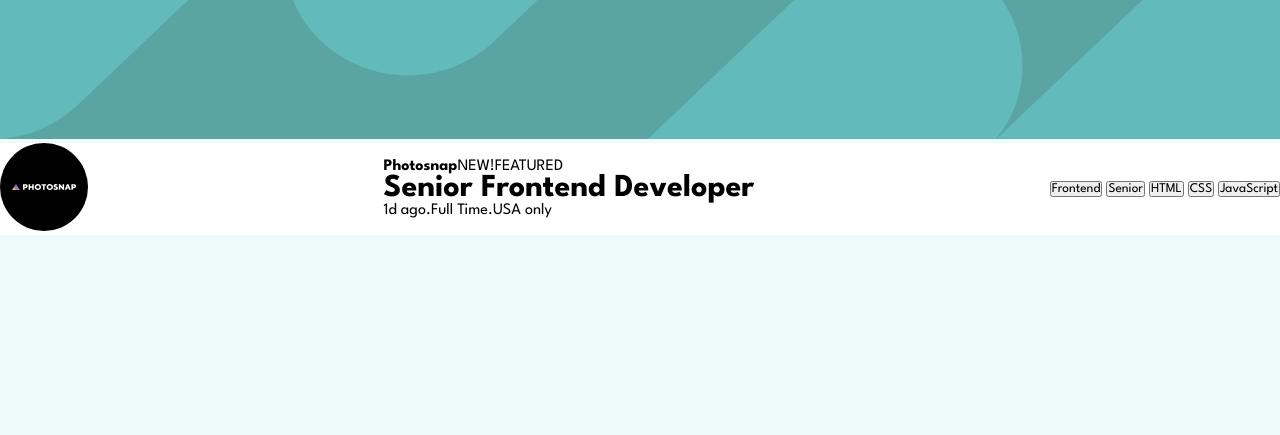
Repository: Eldream12/JobListing
Page: index.html
The author's editor kept a copy of each file at every save. The page is drawn from the files as they stood at one save, then again after the next save.
The browser window is 1280 px wide. The pictures show the whole page.

Above is the page before, as saved 2025-03-31 11:02:42.

After the next save:
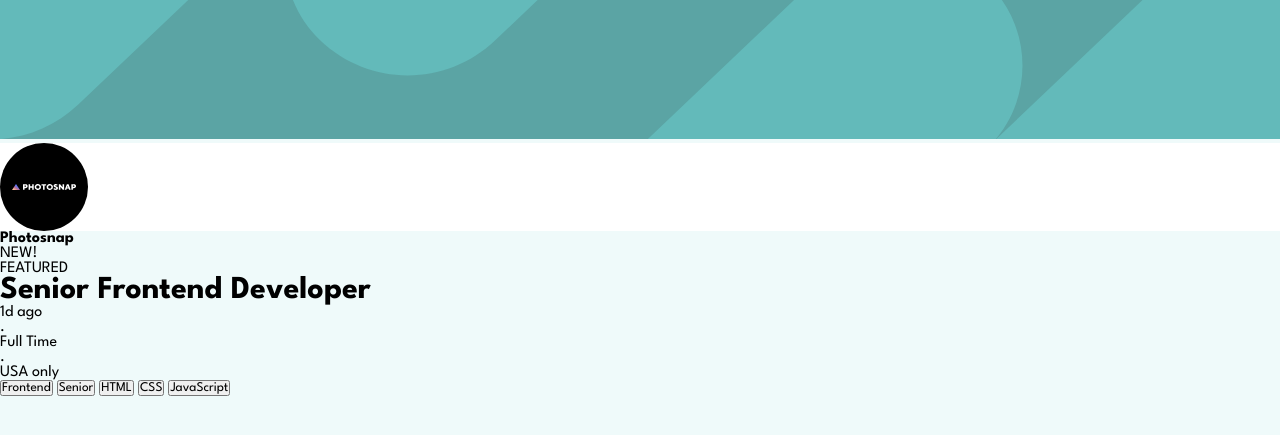
Saved 19 s later.
--- a/index.html
+++ b/index.html
@@ -17,7 +17,7 @@
 		<main>
 			<div class="content-carrier">
 				<div class="content">
-					<div><img src="Images/photosnap.svg" alt="photosnap" /></div>
+					<img src="Images/photosnap.svg" alt="photosnap" /></div>
 					<div class="content-text">
 						<div class="txt-1">
 							<h4>Photosnap</h4>
